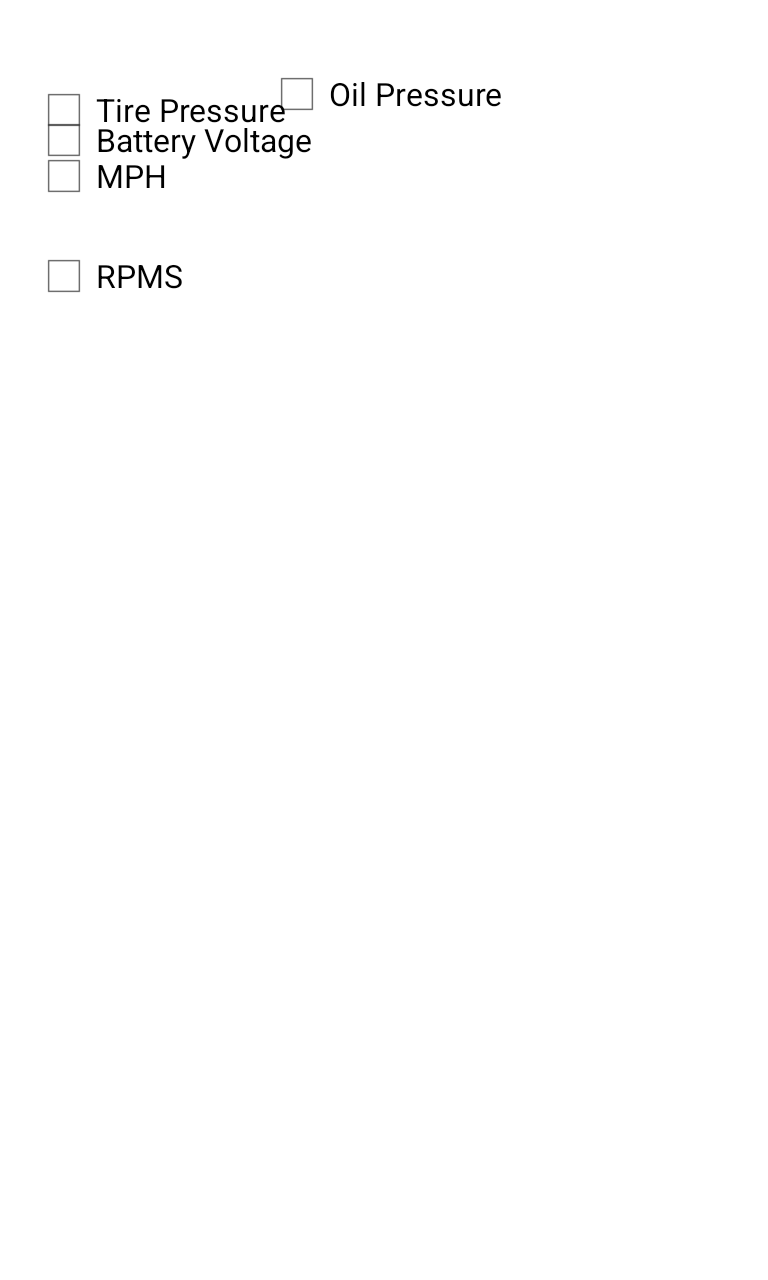
Repository: raul09/Overdrive
Layout: workspace/AutoPerformanceAnalyzer/res/layout/activity_run.xml
These files come from the project's save history. The layout is drawn as it stood at one moment and after the next save; the edit follows.
It is drawn on a 768 x 1280 px phone screen (xhdpi) without system bars, with theme AppTheme; the app's code is not run.

Above is the layout before, as saved 2013-10-01 14:35:22.

### workspace/AutoPerformanceAnalyzer/res/layout/activity_run.xml
<RelativeLayout xmlns:android="http://schemas.android.com/apk/res/android"
    xmlns:tools="http://schemas.android.com/tools"
    android:layout_width="match_parent"
    android:layout_height="match_parent"
    android:paddingBottom="@dimen/activity_vertical_margin"
    android:paddingLeft="@dimen/activity_horizontal_margin"
    android:paddingRight="@dimen/activity_horizontal_margin"
    android:paddingTop="@dimen/activity_vertical_margin"
    tools:context=".Run" >

    <CheckBox
        android:id="@+id/voltage"
        android:layout_width="wrap_content"
        android:layout_height="wrap_content"
        android:layout_alignLeft="@+id/checkBox3"
        android:layout_below="@+id/checkBox3"
        android:layout_marginTop="38dp"
        android:text="@string/voltage" />

    <CheckBox
        android:id="@+id/oilPressure"
        android:layout_width="wrap_content"
        android:layout_height="wrap_content"
        android:layout_below="@+id/checkBox1"
        android:layout_centerHorizontal="true"
        android:layout_marginTop="15dp"
        android:text="@string/oilPressure" />

    <CheckBox
        android:id="@+id/tirePressure"
        android:layout_width="wrap_content"
        android:layout_height="wrap_content"
        android:layout_alignLeft="@+id/checkBox2"
        android:layout_below="@+id/checkBox2"
        android:layout_marginTop="23dp"
        android:text="@string/tirePressure" />

    <CheckBox
        android:id="@+id/rpms"
        android:layout_width="wrap_content"
        android:layout_height="wrap_content"
        android:layout_alignLeft="@+id/checkBox2"
        android:layout_below="@+id/mph"
        android:layout_marginTop="18dp"
        android:text="@string/rpms"/>

    <CheckBox
        android:id="@+id/mph"
        android:layout_width="wrap_content"
        android:layout_height="wrap_content"
        android:layout_alignLeft="@+id/checkBox1"
        android:layout_alignParentTop="true"
        android:layout_marginTop="56dp"
        android:text="@string/mph"/>

</RelativeLayout>

### workspace/AutoPerformanceAnalyzer/res/values/strings.xml
<?xml version="1.0" encoding="utf-8"?>
<resources>

    <string name="app_name">Auto Performance Analyzer</string>
    <string name="action_settings">Settings</string>
    <string name="hello_world">Hello world!</string>
    <string name="History">History</string>
    <string name="Next">Next</string>
    <string name="Run">Run</string>
    <string name="CheckErrors">Check Errors</string>
    <string name="rpms">RPMS</string>
    <string name="mph">MPH</string>
    <string name="voltage">Battery Voltage</string>
    <string name="tirePressure">Tire Pressure</string>
    <string name="oilPressure">Oil Pressure</string>

    <string-array name="Make">
        <item>Ford</item>
        <item>Toyota</item>
        <item>Honda</item>
    </string-array>
    <string-array name="Model">
        <item>Mustang</item>
        <item>F150</item>
        <item>350-Z</item>
    </string-array>
    <string-array name="Year">
        <item>2013</item>
        <item>2012</item>
        <item>2011</item>
        <item>2010</item>
        <item>2009</item>
        <item>2008</item>
    </string-array>

    <string name="title_activity_display_mode">DisplayModeActivity</string>
    <string name="title_activity_run">Run</string>

</resources>

Loaded but not shown: workspace/AutoPerformanceAnalyzer/res/values/styles.xml (common file); workspace/AutoPerformanceAnalyzer/res/values-v11/styles.xml (common file); workspace/AutoPerformanceAnalyzer/res/values-v14/styles.xml (common file); workspace/AutoPerformanceAnalyzer/res/values/dimens.xml (common file)

After the next save:
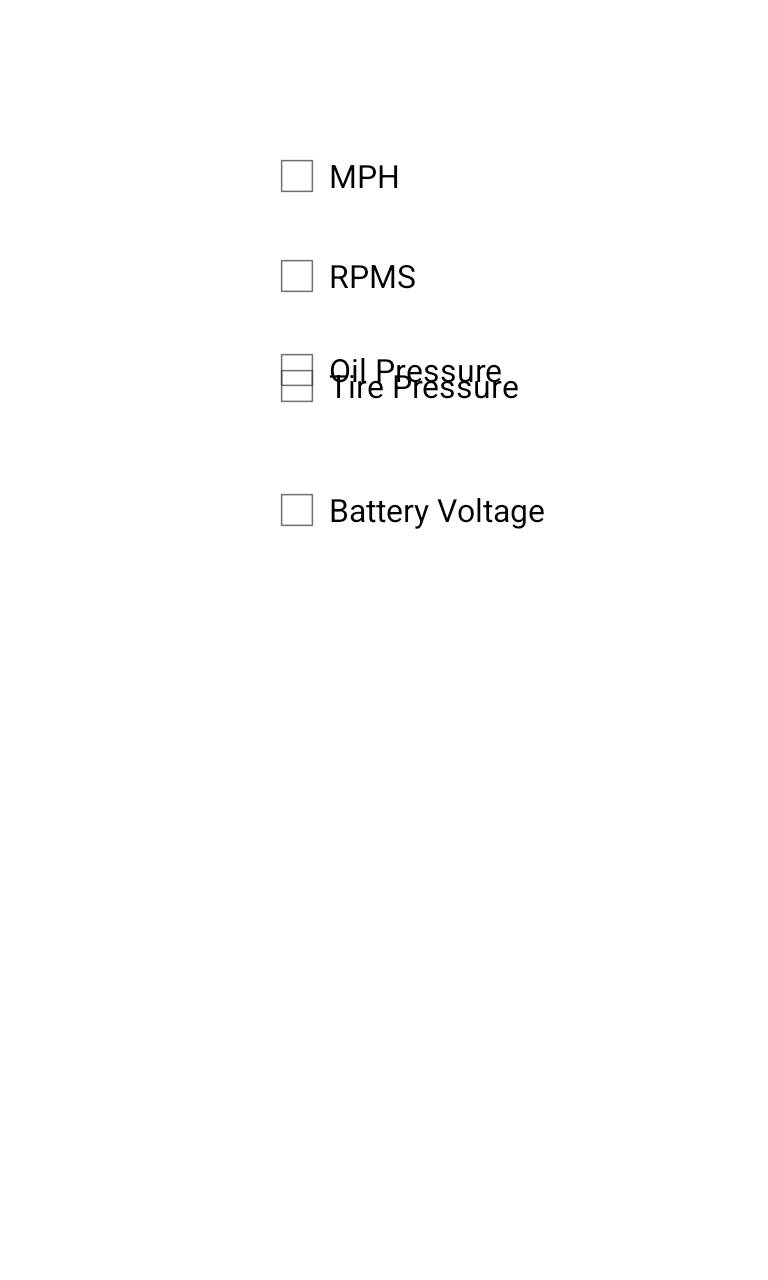
Saved 3 min 7 s later.
--- a/workspace/AutoPerformanceAnalyzer/res/layout/activity_run.xml
+++ b/workspace/AutoPerformanceAnalyzer/res/layout/activity_run.xml
@@ -12,8 +12,8 @@
         android:id="@+id/voltage"
         android:layout_width="wrap_content"
         android:layout_height="wrap_content"
-        android:layout_alignLeft="@+id/checkBox3"
-        android:layout_below="@+id/checkBox3"
+        android:layout_alignLeft="@+id/oilPressure"
+        android:layout_below="@+id/oilPressure"
         android:layout_marginTop="38dp"
         android:text="@string/voltage" />
 
@@ -21,7 +21,7 @@
         android:id="@+id/oilPressure"
         android:layout_width="wrap_content"
         android:layout_height="wrap_content"
-        android:layout_below="@+id/checkBox1"
+        android:layout_below="@+id/rpms"
         android:layout_centerHorizontal="true"
         android:layout_marginTop="15dp"
         android:text="@string/oilPressure" />
@@ -30,8 +30,8 @@
         android:id="@+id/tirePressure"
         android:layout_width="wrap_content"
         android:layout_height="wrap_content"
-        android:layout_alignLeft="@+id/checkBox2"
-        android:layout_below="@+id/checkBox2"
+        android:layout_alignLeft="@+id/oilPressure"
+        android:layout_below="@+id/rpms"
         android:layout_marginTop="23dp"
         android:text="@string/tirePressure" />
 
@@ -39,7 +39,7 @@
         android:id="@+id/rpms"
         android:layout_width="wrap_content"
         android:layout_height="wrap_content"
-        android:layout_alignLeft="@+id/checkBox2"
+        android:layout_alignLeft="@+id/tirePressure"
         android:layout_below="@+id/mph"
         android:layout_marginTop="18dp"
         android:text="@string/rpms"/>
@@ -48,7 +48,7 @@
         android:id="@+id/mph"
         android:layout_width="wrap_content"
         android:layout_height="wrap_content"
-        android:layout_alignLeft="@+id/checkBox1"
+        android:layout_alignLeft="@+id/rpms"
         android:layout_alignParentTop="true"
         android:layout_marginTop="56dp"
         android:text="@string/mph"/>
